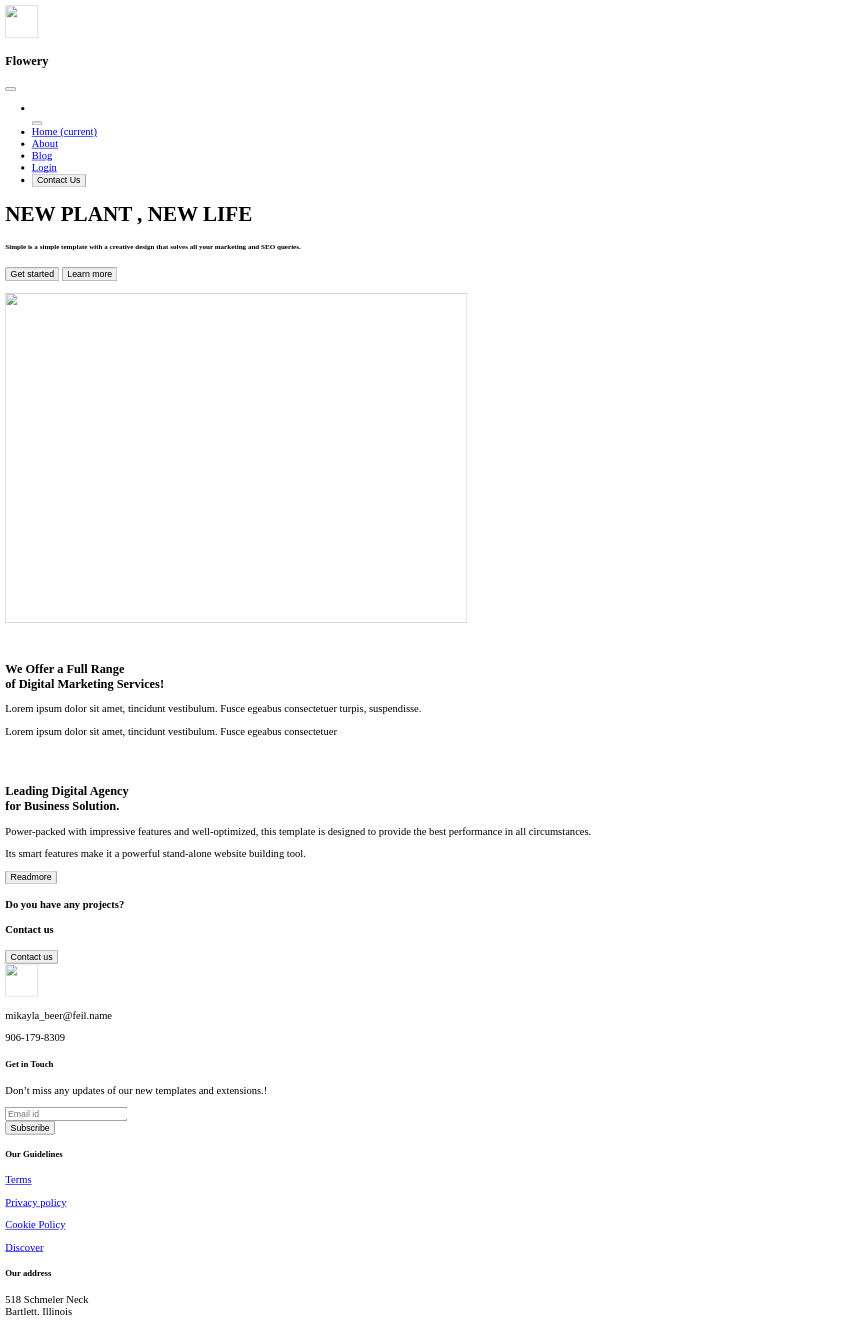
Repository: sara55m/Login
Page: http://localhost/welcome
An editor plug-in stored every save of this project. The page is shown before and after the next save, followed by the edit.
The browser window is 1280 px wide. The pictures show the whole page, at 66% of full size.
The page is served by the project's Laravel application, run on PHP 8.4 with Laravel 10. Other server files are loaded and not shown.

Above is the page before, as saved 2024-03-03 23:33:16.

### routes/web.php
<?php

use Illuminate\Support\Facades\Route;
use App\Http\Controllers\RegisterController;
use App\Http\Controllers\LoginController;

/*
|--------------------------------------------------------------------------
| Web Routes
|--------------------------------------------------------------------------
|
| Here is where you can register web routes for your application. These
| routes are loaded by the RouteServiceProvider and all of them will
| be assigned to the "web" middleware group. Make something great!
|
*/

Route::get('/welcome', function () {
    return view('welcome');
});


Route::get('/register', [RegisterController::class,'create']);


Route::post('/register/store', [RegisterController::class,'store']);

Route::get('/login', [LoginController::class,'create']);

Route::post('/login/store', [LoginController::class,'store']);

### resources/views/welcome.blade.php
<!DOCTYPE html>
<html lang="en">
<head>
  <title>Simple landing page</title>
  <meta charset="UTF-8">
  <meta name="viewport" content="width=device-width, initial-scale=1.0">
  <meta http-equiv="X-UA-Compatible" content="ie=edge">
  {{-- <link rel="stylesheet" href="vendors/owl-carousel/css/owl.carousel.min.css">
  <link rel="stylesheet" href="vendors/owl-carousel/css/owl.theme.default.css">
  <link rel="stylesheet" href="vendors/mdi/css/materialdesignicons.min.css">
  <link rel="stylesheet" href="vendors/aos/css/aos.css"> --}}
  <link rel="stylesheet" href="css/style.min.css">
</head>
<body id="body" data-spy="scroll" data-target=".navbar" data-offset="100">
  <!---------------------------------------------------Header Section------------------------------------------------->
  <header id="header-section">
    <nav class="navbar navbar-expand-lg pl-3 pl-sm-0" id="navbar">
    <div class="container">
      <div class="navbar-brand-wrapper d-flex w-100">
        <img src="images/plant2.png" height="50" width="50"  alt="">
        <h3 class="nav-link">Flowery</h3>
        <button class="navbar-toggler ml-auto" type="button" data-toggle="collapse" data-target="#navbarSupportedContent" aria-controls="navbarSupportedContent" aria-expanded="false" aria-label="Toggle navigation">
          <span class="mdi mdi-menu navbar-toggler-icon"></span>
        </button>
      </div>
      <div class="collapse navbar-collapse navbar-menu-wrapper" id="navbarSupportedContent">
        <ul class="navbar-nav align-items-lg-center align-items-start ml-auto">
          <li class="d-flex align-items-center justify-content-between pl-4 pl-lg-0">
            <div class="navbar-collapse-logo">
              <img src="images/Group2.svg" alt="">
            </div>
            <button class="navbar-toggler close-button" type="button" data-toggle="collapse" data-target="#navbarSupportedContent" aria-controls="navbarSupportedContent" aria-expanded="false" aria-label="Toggle navigation">
              <span class="mdi mdi-close navbar-toggler-icon pl-5"></span>
            </button>
          </li>
          <li class="nav-item">
            <a class="nav-link" href="#header-section">Home <span class="sr-only">(current)</span></a>
          </li>
          <li class="nav-item">
            <a class="nav-link" href="#features-section">About</a>
          </li>
          <li class="nav-item">
            <a class="nav-link" href="#digital-marketing-section">Blog</a>
          </li>
          <li class="nav-item">
            <a class="nav-link" href="/login">Login</a>
          </li>
          <li class="nav-item btn-contact-us pl-4 pl-lg-0">
            <button class="btn btn-info" data-toggle="modal" data-target="#exampleModal">Contact Us</button>
          </li>
        </ul>
      </div>
    </div>
    </nav>
  </header>

  <!---------------------------------------------------End Of Header Section------------------------------------------------->

  <!---------------------------------------------------Content Section------------------------------------------------->

  <div class="banner" >
    <div class="container">
      <h1 class="font-weight-semibold">NEW PLANT , NEW LIFE</h1>
      <h6 class="font-weight-normal text-muted pb-3">Simple is a simple template with a creative design that solves all your marketing and SEO queries.</h6>
      <div>
        <button class="btn btn-opacity-light mr-1">Get started</button>
        <button class="btn btn-opacity-success ml-1">Learn more</button>
      </div>
      <br/>
      <div class="banner">
      <img src="images/background.jpg" alt="" height="500" width="700"  >
      </div>
    </div>
  </div>
  <br/>
  <br/>
  <div class="content-wrapper">
    <div class="container">
  <section class="digital-marketing-service" id="digital-marketing-section">
    <div class="row align-items-center">
      <div class="col-12 col-lg-7 grid-margin grid-margin-lg-0" data-aos="fade-right">
        <h3 class="m-0">We Offer a Full Range<br>of Digital Marketing Services!</h3>
        <div class="col-lg-7 col-xl-6 p-0">
          <p class="py-4 m-0 text-muted">Lorem ipsum dolor sit amet, tincidunt vestibulum. Fusce egeabus consectetuer turpis, suspendisse.</p>
          <p class="font-weight-medium text-muted">Lorem ipsum dolor sit amet, tincidunt vestibulum. Fusce egeabus consectetuer</p>
        </div>
      </div>
      <div class="col-12 col-lg-5 p-0 img-digital grid-margin grid-margin-lg-0" data-aos="fade-left">
        <img src="images/Group1.png" alt="" class="img-fluid">
      </div>
    </div>
    <div class="row align-items-center">
      <div class="col-12 col-lg-7 text-center flex-item grid-margin" data-aos="fade-right">
        <img src="images/Group2.png" alt="" class="img-fluid">
      </div>
      <div class="col-12 col-lg-5 flex-item grid-margin" data-aos="fade-left">
        <h3 class="m-0">Leading Digital Agency<br>for  Business Solution.</h3>
        <div class="col-lg-9 col-xl-8 p-0">
          <p class="py-4 m-0 text-muted">Power-packed with impressive features and well-optimized, this template is designed to provide the best performance in all circumstances.</p>
          <p class="pb-2 font-weight-medium text-muted">Its smart features make it a powerful stand-alone website building tool.</p>
        </div>
        <button class="btn btn-info">Readmore</button>
      </div>
    </div>
  </section>
  <!---------------------------------------------------End Of Content Section------------------------------------------------->

  <!---------------------------------------------------Footer Section------------------------------------------------->
  <footer>

  <section class="contact-us" id="contact-section">
    <div class="contact-us-bgimage grid-margin" >
      <div class="pb-4">
        <h4 class="px-3 px-md-0 m-0" data-aos="fade-down">Do you have any projects?</h4>
        <h4 class="pt-1" data-aos="fade-down">Contact us</h4>
      </div>
      <div data-aos="fade-up">
        <button class="btn btn-rounded btn-outline-danger">Contact us</button>
      </div>
    </div>
  </section>

  <section class="contact-details" id="contact-details-section">
    <div class="row text-center text-md-left">
      <div class="col-12 col-md-6 col-lg-3 grid-margin ">
        <img src="images/plant2.png" height="50" width="50" alt="" class="pb-2">


        <div class="pt-2">

          <p class="text-muted m-0">mikayla_beer@feil.name</p>
          <p class="text-muted m-0">906-179-8309</p>
        </div>
      </div>
      <div class="col-12 col-md-6 col-lg-3 grid-margin">
        <h5 class="pb-2">Get in Touch</h5>
        <p class="text-muted">Don’t miss any updates of our new templates and extensions.!</p>
        <form>
          <input type="text" class="form-control" id="Email" placeholder="Email id">
        </form>
        <div class="pt-3">
          <button class="btn btn-dark">Subscribe</button>
        </div>
      </div>
      <div class="col-12 col-md-6 col-lg-3 grid-margin">
        <h5 class="pb-2">Our Guidelines</h5>
        <a href="#"><p class="m-0 pb-2">Terms</p></a>
        <a href="#" ><p class="m-0 pt-1 pb-2">Privacy policy</p></a>
        <a href="#"><p class="m-0 pt-1 pb-2">Cookie Policy</p></a>
        <a href="#"><p class="m-0 pt-1">Discover</p></a>
      </div>
      <div class="col-12 col-md-6 col-lg-3 grid-margin">
          <h5 class="pb-2">Our address</h5>
          <p class="text-muted">518 Schmeler Neck<br>Bartlett. Illinois</p>
          <div class="d-flex justify-content-center justify-content-md-start">
            <a href="#"><span class="mdi mdi-facebook"></span></a>
            <a href="#"><span class="mdi mdi-twitter"></span></a>
            <a href="#"><span class="mdi mdi-instagram"></span></a>
            <a href="#"><span class="mdi mdi-linkedin"></span></a>
          </div>
      </div>
    </div>
  </section>
    </div>
  </div>
  </footer>

  <!---------------------------------------------------End Of Footer Section------------------------------------------------->



  {{-- <script src="vendors/jquery/jquery.min.js"></script>
  <script src="vendors/bootstrap/bootstrap.min.js"></script>
  <script src="vendors/owl-carousel/js/owl.carousel.min.js"></script>
  <script src="vendors/aos/js/aos.js"></script> --}}
  <script src="js/landingpage.js"></script>
</body>
</html>

After the next save:
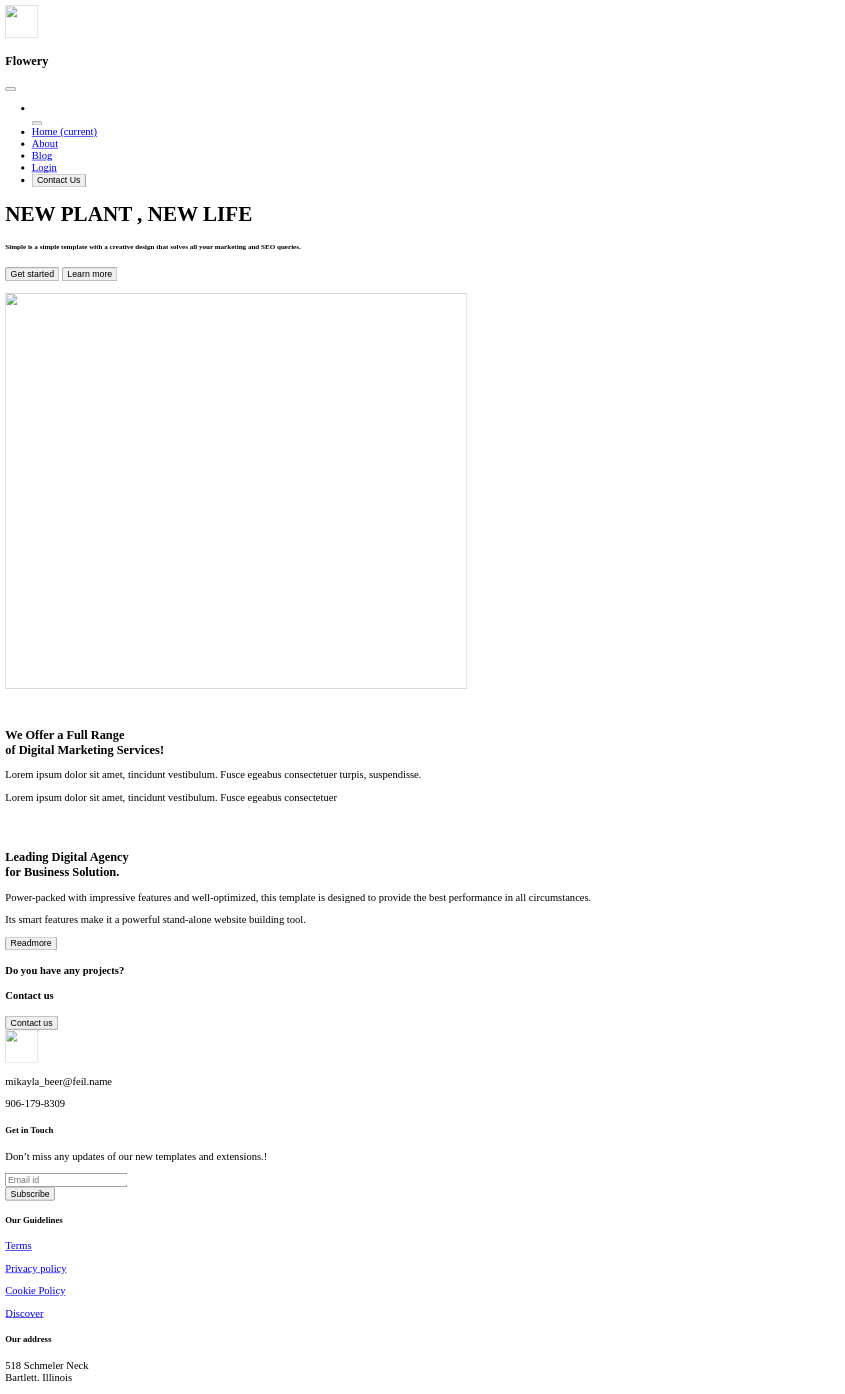
Saved 13 s later.
--- a/resources/views/welcome.blade.php
+++ b/resources/views/welcome.blade.php
@@ -68,7 +68,7 @@
       </div>
       <br/>
       <div class="banner">
-      <img src="images/background.jpg" alt="" height="500" width="700"  >
+      <img src="images/background.jpg" alt="" height="600" width="700"  >
       </div>
     </div>
   </div>
